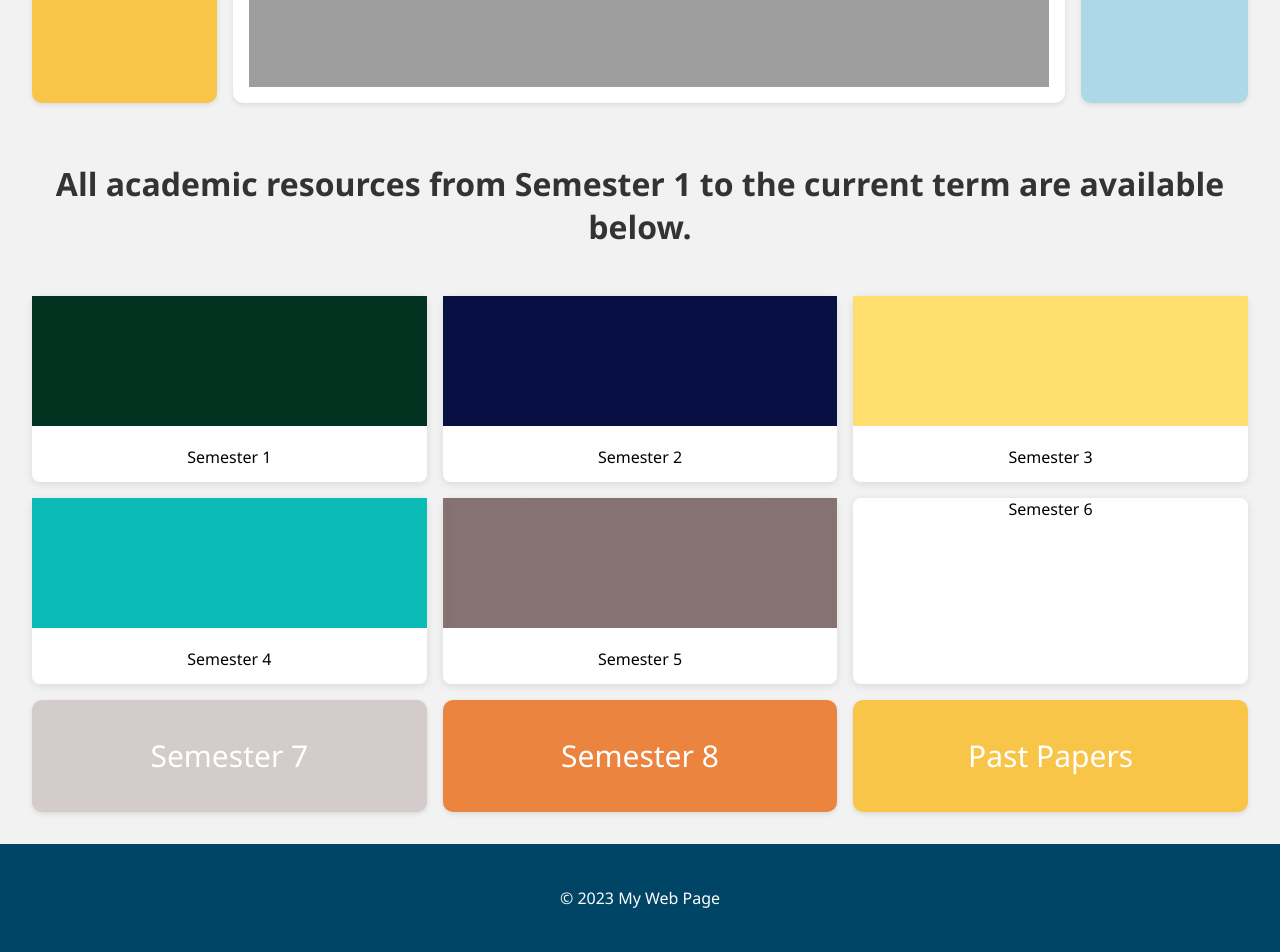
Repository: MariamSawera/eduNova
Page: index.html
The author's editor kept a copy of each file at every save. The page is drawn from the files as they stood at one save, then again after the next save.
The browser window is 1280 px wide. The pictures show the part of the page from y = 955 to 1907 px (the page is 1907 px tall).
Pictures or frames that could not be fetched are drawn as grey boxes.

Above is the page before, as saved 2025-07-24 00:49:35.

After the next save:
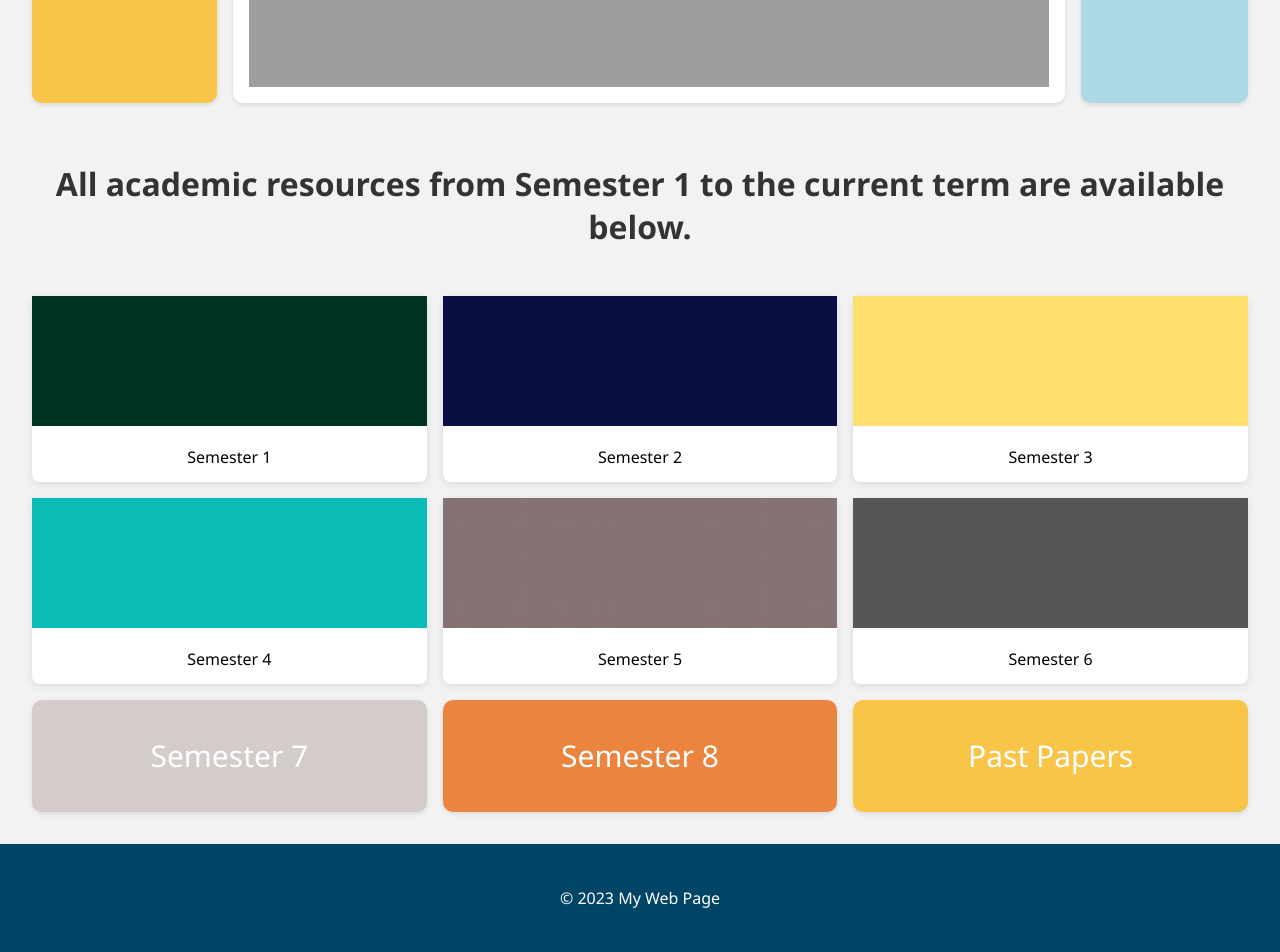
Saved 15 s later.
--- a/index.html
+++ b/index.html
@@ -104,6 +104,7 @@
       </div>
       <div class="card-semester" >
         <!-- style="background-color: #444444" -->
+         <img src="./images/gray.jpg" alt="">
         <a href="semester6.html">Semester 6</a>
       </div>
       <div class="link-card" style="background-color: #d4cbcb">
